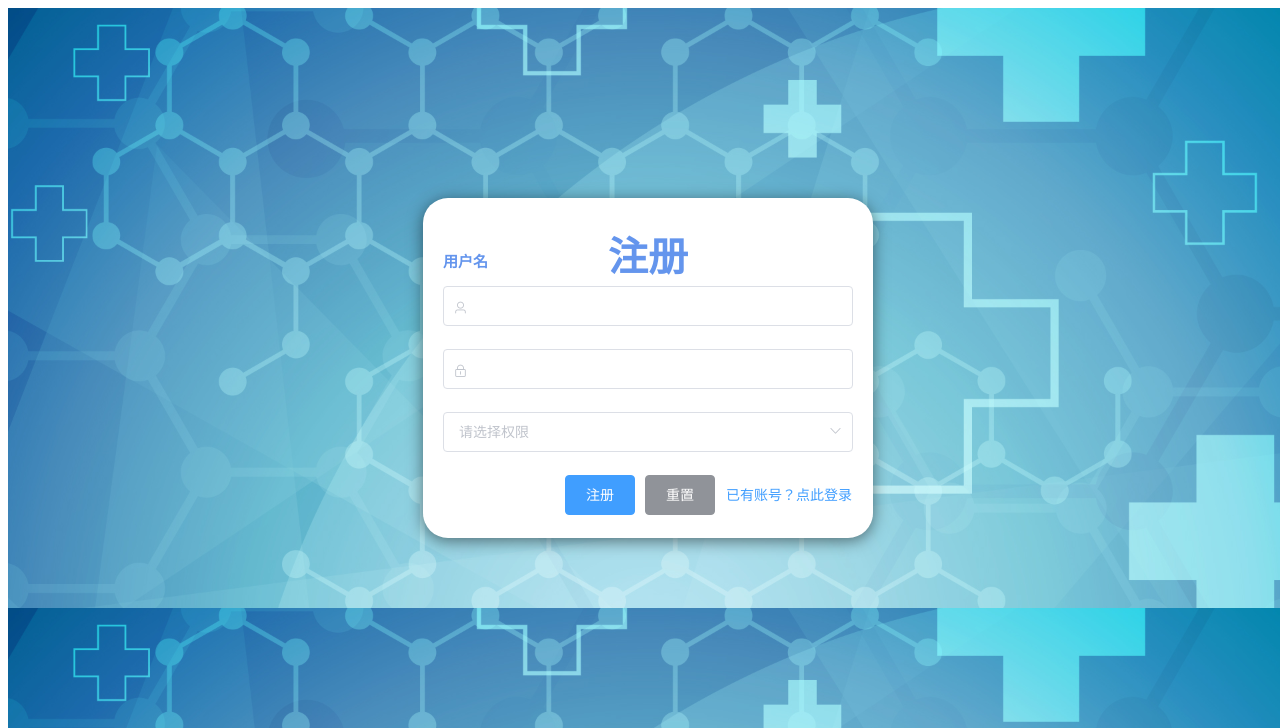
Repository: ShaoCHis/WEB-SOA-frontEnd
Page: /#/register
These files come from the project's save history. The page is drawn as it stood at one moment and after the next save; the edit follows.
The browser window is 1280 px wide. The pictures show the whole page.
The project was rebuilt for these pictures with package versions that can differ from the ones it lists, and the page was loaded fresh each time. Also part of the build but not shown: src/components/Login.vue, src/components/test.vue, src/components/test2.vue, src/components/Admin/ManagePage.vue, src/components/Hospital/HMainPage.vue, src/components/Patient/MainPage.vue.

Above is the page before, as saved 2021-11-16 18:44:26.

### src/main.js
import Vue from 'vue'
import App from './App.vue'
import router from './router'
import axios from 'axios'//axios
import './plugins/element.js'
import './assets/icon/iconfont.css'
Vue.config.productionTip = false
Vue.prototype.$axios = axios//axios

new Vue({
  router,
  render: h => h(App),
  template: '<App/>'
}).$mount('#app')



//import ElementUI from 'element-ui' //element-ui的全部组件
//import 'element-ui/lib/theme-chalk/index.css'//element-ui的css
//Vue.use(ElementUI) //使用elementUI

/* eslint-disable no-new */
// new Vue({
//   el: '#app',
//   router,
//   components: { App },
//   template: '<App/>'
// })

### src/App.vue
<template>
  <div id="app">
      <router-view v-if="isRouterAlive" />
  </div>
</template>

<script>


export default {
  name:"app",
  provide(){
		return{
			reload:this.reload
		}
	},
data(){
		return{
			isRouterAlive:true
		}
	},
	methods: {
		reload() {
			this.isRouterAlive=false
			this.$nextTick(function(){
				this.isRouterAlive=true
			})
		}
  }
};
</script>

<style>
html,body,#app{

 height: 100%;

}
</style>

### src/router/index.js
import Vue from 'vue'
import Router from 'vue-router'
// import Login from '@/components/Login'
// import Result from '@/components/Result'
import Login from '../components/Login.vue'
import test from '../components/test.vue'
import test2 from '../components/test2.vue'
import Register from '../components/Register.vue'
import ManagePage from '../components/Admin/ManagePage.vue'
import HMainPage from '../components/Hospital/HMainPage.vue'
import MainPage from '../components/Patient/MainPage.vue'

Vue.use(Router)

export default new Router({
  routes: [
    { path: '/', component: Login},
    { path: '/login', component: Login},
    { path: '/register', component: Register},
    { path: '/managepage', component: ManagePage},
    { path: '/hmainpage', component: HMainPage},
    { path: '/mainpage', component: MainPage},
    { path: '/test', component: test},
    { path: '/test2', component: test2},
  ]
})

### src/plugins/element.js
import Vue from 'vue'
import 'element-ui/lib/theme-chalk/index.css'
import {
  Avatar,
  Pagination,
  Dialog,
  Autocomplete,
  Dropdown,
  DropdownMenu,
  DropdownItem,
  Menu,
  Submenu,
  MenuItem,
  MenuItemGroup,
  Input,
  InputNumber,
  Radio,
  RadioGroup,
  RadioButton,
  Checkbox,
  CheckboxButton,
  CheckboxGroup,
  Switch,
  Select,
  Option,
  OptionGroup,
  Button,
  ButtonGroup,
  Table,
  Divider,
  TableColumn,
  DatePicker,
  TimeSelect,
  TimePicker,
  Popover,
  Tooltip,
  Breadcrumb,
  BreadcrumbItem,
  Form,
  FormItem,
  Tabs,
  TabPane,
  Tag,
  Tree,
  Alert,
  Slider,
  Icon,
  Row,
  Col,
  Upload,
  Progress,
  Spinner,
  Badge,
  Card,
  Rate,
  Steps,
  Step,
  Carousel,
  CarouselItem,
  Collapse,
  CollapseItem,
  Cascader,
  ColorPicker,
  Transfer,
  Container,
  Header,
  Aside,
  Main,
  Footer,
  Timeline,
  TimelineItem,
  Link,
  Image,
  Calendar,
  Backtop,
  PageHeader,
  CascaderPanel,
  Loading,
  MessageBox,
  Message,
  Notification,
  Popconfirm
} from 'element-ui';
Vue.use(Avatar);
Vue.use(Pagination);
Vue.use(Dialog);
Vue.use(Autocomplete);
Vue.use(Dropdown);
Vue.use(DropdownMenu);
Vue.use(DropdownItem);
Vue.use(Menu);
Vue.use(Submenu);
Vue.use(MenuItem);
Vue.use(MenuItemGroup);
Vue.use(Input);
Vue.use(InputNumber);
Vue.use(Radio);
Vue.use(RadioGroup);
Vue.use(RadioButton);
Vue.use(Checkbox);
Vue.use(CheckboxButton);
Vue.use(CheckboxGroup);
Vue.use(Switch);
Vue.use(Select);
Vue.use(Option);
Vue.use(OptionGroup);
Vue.use(Button);
Vue.use(ButtonGroup);
Vue.use(Table);
Vue.use(Divider);
Vue.use(TableColumn);
Vue.use(DatePicker);
Vue.use(TimeSelect);
Vue.use(TimePicker);
Vue.use(Popover);
Vue.use(Popconfirm);
Vue.use(Tooltip);
Vue.use(Breadcrumb);
Vue.use(BreadcrumbItem);
Vue.use(Form);
Vue.use(FormItem);
Vue.use(Tabs);
Vue.use(TabPane);
Vue.use(Tag);
Vue.use(Tree);
Vue.use(Alert);
Vue.use(Slider);
Vue.use(Icon);
Vue.use(Row);
Vue.use(Col);
Vue.use(Upload);
Vue.use(Progress);
Vue.use(Spinner);
Vue.use(Badge);
Vue.use(Card);
Vue.use(Rate);
Vue.use(Steps);
Vue.use(Step);
Vue.use(Carousel);
Vue.use(CarouselItem);
Vue.use(Collapse);
Vue.use(CollapseItem);
Vue.use(Cascader);
Vue.use(ColorPicker);
Vue.use(Transfer);
Vue.use(Container);
Vue.use(Header);
Vue.use(Aside);
Vue.use(Main);
Vue.use(Footer);
Vue.use(Timeline);
Vue.use(TimelineItem);
Vue.use(Link);
Vue.use(Divider);
Vue.use(Image);
Vue.use(Calendar);
Vue.use(Backtop);
Vue.use(PageHeader);
Vue.use(CascaderPanel);

Vue.use(Loading.directive);

Vue.prototype.$loading = Loading.service;
Vue.prototype.$msgbox = MessageBox;
Vue.prototype.$alert = MessageBox.alert;
Vue.prototype.$confirm = MessageBox.confirm;
Vue.prototype.$prompt = MessageBox.prompt;
Vue.prototype.$notify = Notification;
Vue.prototype.$message = Message;

### src/assets/icon/iconfont.css
@font-face {
  font-family: "iconfont"; /* Project id 2933034 */
  src: url('iconfont.woff2?t=1636685974259') format('woff2'),
       url('iconfont.woff?t=1636685974259') format('woff'),
       url('iconfont.ttf?t=1636685974259') format('truetype');
}

.iconfont {
  font-family: "iconfont" !important;
  font-size: 16px;
  font-style: normal;
  -webkit-font-smoothing: antialiased;
  -moz-osx-font-smoothing: grayscale;
}

.icon-xiaozu:before {
  content: "\e69a";
  font-size: 18px;
  margin-right: 3px;
  margin-top:2px;
}

### src/components/Register.vue
<template>
<div>
    <div class="register_container" >
        <div class="register_box">
            <div class="tip">
             <h1>注册</h1>
            </div>
            <!-- 头像区域 -->
            <!-- <div class="avatar_box">
               <img src="../assets/back.jpg" alt="">
            </div> -->
            <!-- 登录表单 -->
            <el-form ref="registerFormRef" :model="registerForm" :rules="registerFormRules" label-width="0px" class="register_form">
                <!-- 用户名 -->
                <div class="item-name">
                        <p>用户名</p>
                    </div>
                <el-form-item prop="userid">
                     <el-input v-model="registerForm.userid" prefix-icon="el-icon-user"></el-input>
                </el-form-item>
                <!-- 密码 -->
                <el-form-item prop="password">
                     <el-input v-model="registerForm.password" prefix-icon="el-icon-lock"
                     type="password"></el-input>
                </el-form-item>
                <!-- 身份 -->
                <el-form-item prop="role"  >
                   <el-select v-model="registerForm.role" @change="searchSelect(registerForm.role)" placeholder="请选择权限"  style="width:100%" prefix>
                      <el-option v-for="item in options"
                       :key="item.role"
                       :label="item.label"
                       :value="item.role">
                       </el-option>
                  </el-select>
                </el-form-item>

                <!-- 按钮区域 -->
                <el-form-item class="btns">
                     <el-button type="primary" @click="register">注册</el-button>
                     <el-button type="info" @click="resetregisterForm">重置</el-button>
                     <el-button type="text" @click="login">已有账号？点此登录</el-button>
                </el-form-item>
            </el-form>

        </div>
    </div>
</div>
</template>

<script>
export default {

    data(){
        return{

           registerForm:{
                userid:'',
                password:'',
                role:'',
            },
            options: [
                {label:"学生",role:'Student'},
                     { label:"教师" ,role:"Teacher"},
                     {label:"管理员", role:"Admin"}],


            registerFormRules:{
                userid:[{required: true, message: '请输入登录账号', trigger: "blur" },
                { min: 4, max: 10, message: '长度在 5 到 10 个字符', trigger: "blur"}
                ],
                password:[{required: true, message: '请输入登录密码', trigger: "blur" },
                { min: 3, max: 15, message: '长度在 5 到 15 个字符', trigger: "blur"}]
            },
            searchSelect(val){
                console.log(val)
                this.value = val
                console.log(this.registerForm)
            },

        };

  },
  methods:{
      //重置按钮
      resetRegisterForm(){
         // console.log(this)
          this.$refs.registerFormRef.resetFields();
      },
      register(){
        //  if(this.value=="Student") this.$router.push('/mainpage');
        //  if(this.value=="Teacher") this.$router.push('/tmainpage');
        //  if(this.value=="Admin") this.$router.push('/managepage');
      },
      login(){
          this.$router.push('/login');
      },
  }

};

</script>

<style lang="less" scoped>
.tip{
          color: cornflowerblue;
          font-size: 20px;
          font-weight: bold;
          text-align: center;
          margin-bottom: 30px;
}

.register_container{
    background-color: #5c2c948c;
    background-image:url('../assets/back.jpeg');
    background-size: 100%,100%;
    height: 100%;
    width: 100%;
    position: fixed;
}

.register_box{
    width:450px;
    height:340px;
    background-color: #fff;
    border-radius: 25px;
    position:absolute;
    left:50%;
    top:50%;
    transform: translate(-50%,-50%);
    box-shadow: 0 3px 16px rgba(0, 0, 0, 0.5);
    .avatar_box{
        height:110px;
        width:110px;
        border:1px solid #eee;
        border-radius:50%;
        padding:5px;
        box-shadow:0 0 2px #ddd;
        position: absolute;
        left: 50%;
        transform: translate(-50%,-50%);
        background-color: #fff;
        img{
            width:100%;
            height:100%;
            border-radius: 50%;
            background-color: #eee;
        }
    }
}
.register_form{
    position:absolute;
    bottom:0;
    width: 100%;
    padding:0 20px;
    box-sizing: border-box;

}

.item-name{
    color: cornflowerblue;
    font-size: 15px;
    font-weight: bold;
    //text-align: center;
    // padding:10 ;
    top: auto;
    //margin-bottom: 30px;
}

.btns{
   display:flex;
   justify-content: flex-end;
}


</style>

Loaded but not shown: public/index.html (common file)

After the next save:
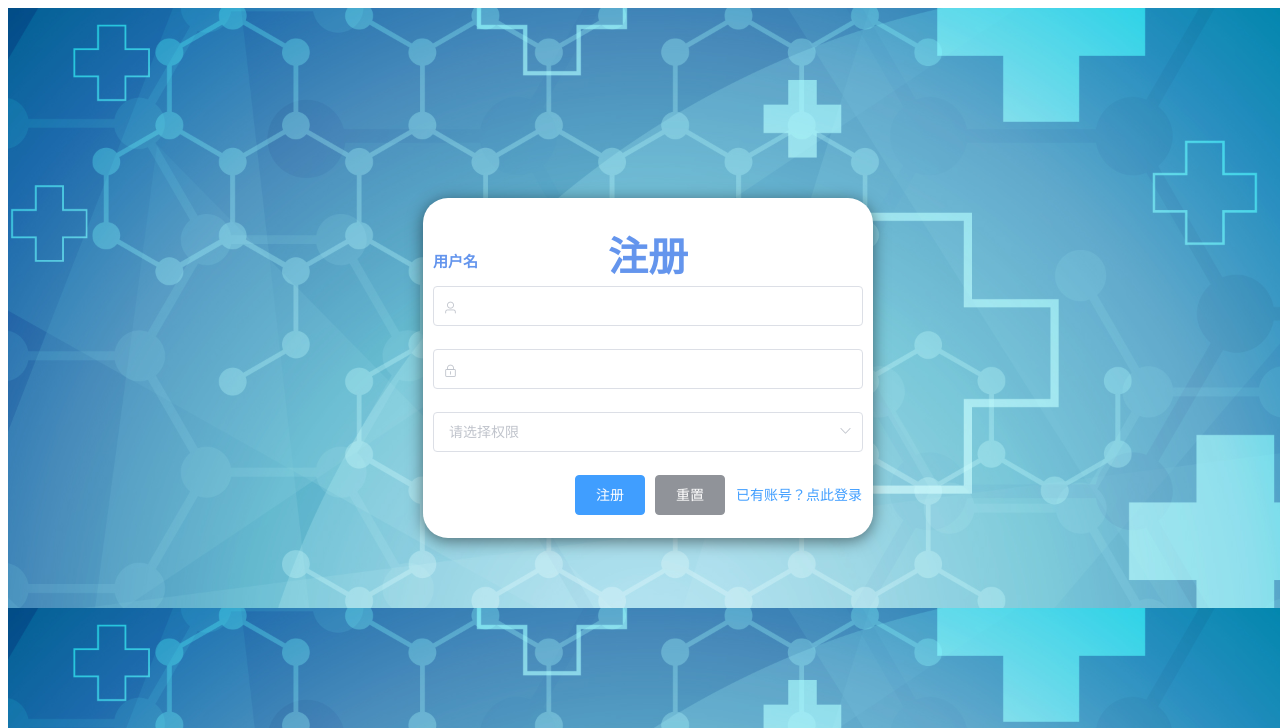
Saved 23 s later.
--- a/src/components/Register.vue
+++ b/src/components/Register.vue
@@ -151,7 +151,7 @@
     position:absolute;
     bottom:0;
     width: 100%;
-    padding:0 20px;
+    padding:0 10px;
     box-sizing: border-box;
 
 }

After the save that followed:
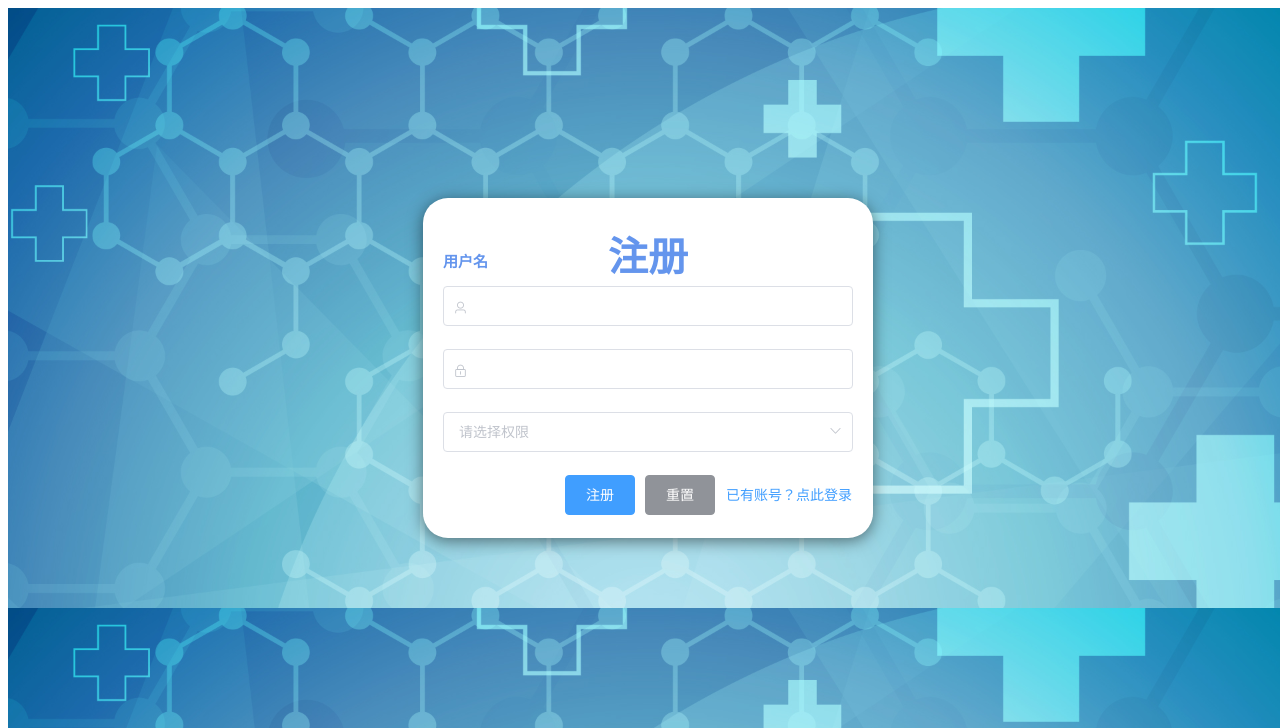
Saved 4 s later.
--- a/src/components/Register.vue
+++ b/src/components/Register.vue
@@ -151,7 +151,7 @@
     position:absolute;
     bottom:0;
     width: 100%;
-    padding:0 10px;
+    padding:0 20px;
     box-sizing: border-box;
 
 }
